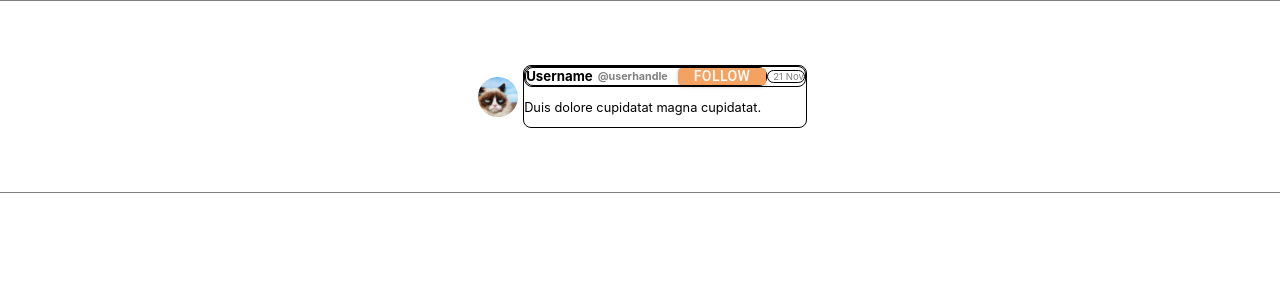
Repository: SeanHLam/comp_orange_client
Page: /comps/tweet (app in orangeapp/)
These files come from the project's save history. The page is drawn as it stood at one moment and after the next save; the edit follows.
The browser window is 1280 px wide. The pictures show the whole page.
The project was rebuilt for these pictures with package versions that can differ from the ones it lists, and the page was loaded fresh each time. The framework's server and built-in components were replaced by stand-ins that run in the browser. Also part of the build but not shown: orangeapp/next.config.js.

Above is the page before, as saved 2022-11-21 15:56:35.

### orangeapp/pages/comps/tweet.js
import React from 'react'
import { FlexBox } from '../../styles/globals'
import { Avatar, Button, Grid } from '@mui/material'

export default function TweetComp() {
  return (
    <FlexBox
        style={{
            width: '100%',
            borderRadius: 0,
            border: 'solid grey .5px',
            borderRightWidth: 0,
            borderLeftWidth:0
        }}
    >
{/* Avatar Area */}
      <Grid item xs={2}>
        <Avatar
            style={{
                marginRight: 0
            }}
            src='/static/grumpycat.jpeg'></Avatar>
      </Grid>
{/* username, handle, date and tweet area */}
      <Grid item xs={10}>
        <FlexBox dir='column'
            style={{
                width: '100%',
                padding: 0,
                marginLeft: 5
            }}>
            <FlexBox
                style={{
                    width: '100%',
                    padding: 0,
                    justifyContent: 'flex-start'
                }}>
{/* Div for username, handle and date */}
                <FlexBox
                 style={{
                    width: '100%',
                    padding: 0,
                    justifyContent: 'flex-start'
                }}
                >
                {/* Username */}
                <h5
                    style={{
                        padding:0,
                        margin: 0
                    }}
                >Username</h5>
                {/* Userhandle */}
                <h6
                 style={{
                    padding:0,
                    margin: 0,
                    marginLeft: 5,
                    color: 'grey'
                }}>@userhandle</h6>
                <Button
                    variant="contained"
                    style={{
                        backgroundColor: '#f4a261',
                        width: "fit-content",
                        height: "1.2em",
                        marginLeft: 10
                    }}
                >Follow</Button>
                </FlexBox>
                <FlexBox
                     style={{
                        width: '100%',
                        padding: 0,
                        justifyContent: 'flex-end'
                    }}
                >
                     {/* Date */}
                    <p
                    style={{
                        padding:0,
                        margin: 0,
                        fontSize: '.6em',
                        color: 'grey',
                    }}>21 Nov</p>
                </FlexBox>
            </FlexBox>
            <p
                style={{
                    fontSize: '.8em',
                    alignSelf: 'flex-start',
                }}
            >Duis dolore cupidatat magna cupidatat.</p>
        </FlexBox>
      </Grid>
    </FlexBox>
  )
}

### orangeapp/styles/globals.js
import styled from 'styled-components';

// Reusuable Flexbox div
export const FlexBox = styled.div`
justify-content:center;
align-items:center;
border-radius: .5em;
display:flex;
flex-direction:${props=>props.dir || "row"};
background-color:${props=>props.color || "white"};
color: black;
opacity: 1;
padding: 5%;
border: 1px solid black;
`

// Reusuable Wrapper for all the pages
export const Wrapper = styled.div`
width:80%;
height:100%;
display:flex;
justify-content:center;
align-items:flex-start;
padding: 5%;
background-color: #F8C8A0;
`
// Reusuable Background for all the pages
export const BackGround = styled.div`
width:100vw;
height:100vh;
display:flex;
justify-content:center;
align-items:center;
background-color:#f4a261;
`

Loaded but not shown: orangeapp/pages/_app.js (common file); orangeapp/styles/globals.css (common file)

After the next save:
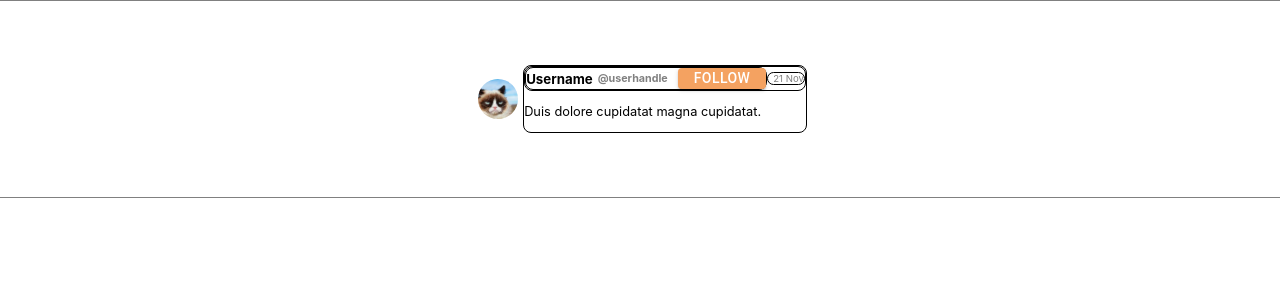
Saved 5 s later.
--- a/orangeapp/pages/comps/tweet.js
+++ b/orangeapp/pages/comps/tweet.js
@@ -63,7 +63,7 @@ export default function TweetComp() {
                     style={{
                         backgroundColor: '#f4a261',
                         width: "fit-content",
-                        height: "1.2em",
+                        height: "1.5em",
                         marginLeft: 10
                     }}
                 >Follow</Button>
